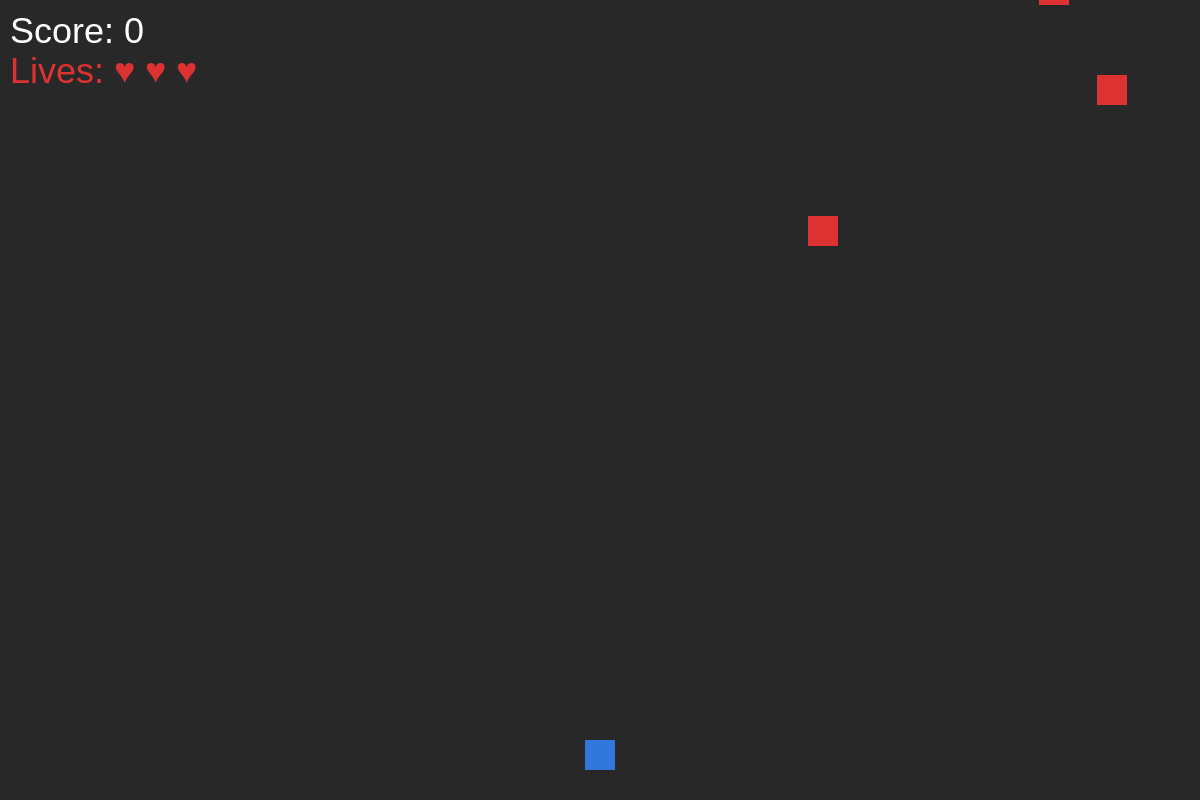
Repository: Magodang/20260181
Script's output: python week5fd/week5.py
These files come from the project's save history. The script's output is drawn as it stood at one moment and after the next save; the edit follows.
The window is shown after at most 60 frames with no key pressed. A system font it names is replaced by a similar one. Random numbers start from a fixed seed.

Above is the script's output before, as saved 2026-03-31 15:06:05.

### week5fd/week5.py
import pygame
import random
import sys

pygame.init()

def get_korean_font(size):
    candidates = ["malgungothic", "applegothic", "nanumgothic", "notosanscjk"]
    for name in candidates:
        font = pygame.font.SysFont(name, size)
        if font.get_ascent() > 0:
            return font
    return pygame.font.SysFont(None, size)

WIDTH, HEIGHT = 1200, 800
FPS = 60

WHITE  = (255, 255, 255)
BLUE   = (50, 120, 220)
RED    = (220, 50, 50)
GREEN  = (0, 200, 0)
GRAY   = (40, 40, 40)

screen = pygame.display.set_mode((WIDTH, HEIGHT))
pygame.display.set_caption("Dodger")
clock = pygame.time.Clock()
font = get_korean_font(36)
font_big = get_korean_font(72)

PLAYER_W, PLAYER_H = 30, 30
ENEMY_W,  ENEMY_H  = 30, 30

MIN_SPEED = 5
MAX_SPEED = 8

def get_spawn_delay(score):
    if score >= 300:
        return 10
    elif score >= 120:
        return 15
    else:
        return 20


def spawn_enemy(score):
    rand = random.random()

    # ===== 확률 설정 =====
    if score >= 200:
        fast_prob = 0.10
        big_prob = 0.06
    else:
        fast_prob = 0.05
        big_prob = 0.03

    # ===== 좌우 등장 (300점 이상, 5%) =====
    if score >= 300 and rand < 0.05:
        side = random.choice(["left", "right"])
        y = random.randint(0, HEIGHT - ENEMY_H)

        if side == "left":
            rect = pygame.Rect(-ENEMY_W, y, ENEMY_W, ENEMY_H)
            speed = random.randint(MIN_SPEED, MAX_SPEED)
            direction = "horizontal_right"
        else:
            rect = pygame.Rect(WIDTH, y, ENEMY_W, ENEMY_H)
            speed = random.randint(MIN_SPEED, MAX_SPEED)
            direction = "horizontal_left"

        return rect, speed, "side", direction

    # ===== 회복 박스 =====
    elif score >= 120 and rand < 0.08:
        w, h = ENEMY_W, ENEMY_H
        speed = random.randint(MIN_SPEED, MAX_SPEED)
        return pygame.Rect(random.randint(0, WIDTH - w), -h, w, h), speed, "heal", "down"

    # ===== 가로 긴 박스 =====
    elif score >= 200 and rand < 0.13:
        w = ENEMY_W * 4
        h = ENEMY_H
        speed = int(random.randint(MIN_SPEED, MAX_SPEED) * 0.5)
        return pygame.Rect(random.randint(0, WIDTH - w), -h, w, h), speed, "wide", "down"

    # ===== 빠른 작은 박스 =====
    elif score >= 120 and rand < 0.13 + fast_prob:
        w = int(ENEMY_W * 0.7)
        h = int(ENEMY_H * 0.7)
        speed = int(random.randint(MIN_SPEED, MAX_SPEED) * 1.5)
        return pygame.Rect(random.randint(0, WIDTH - w), -h, w, h), speed, "fast", "down"

    # ===== 큰 박스 =====
    elif score >= 50 and rand < 0.13 + fast_prob + big_prob:
        w = ENEMY_W * 4
        h = ENEMY_H * 4
        speed = int(random.randint(MIN_SPEED, MAX_SPEED) * 0.5)
        return pygame.Rect(random.randint(0, WIDTH - w), -h, w, h), speed, "big", "down"

    # ===== 기본 =====
    else:
        w, h = ENEMY_W, ENEMY_H
        speed = random.randint(MIN_SPEED, MAX_SPEED)
        return pygame.Rect(random.randint(0, WIDTH - w), -h, w, h), speed, "normal", "down"


# ===== HUD (원래 형태 복구) =====
def draw_hud(score, lives):
    screen.blit(font.render(f"Score: {score}", True, WHITE), (10, 10))
    screen.blit(font.render(f"Lives: {'♥ ' * lives}", True, RED), (10, 50))


def game_over_screen(score):
    screen.fill(GRAY)
    screen.blit(font_big.render("GAME OVER", True, RED), (220, 220))
    screen.blit(font.render(f"Score: {score}", True, WHITE), (350, 310))
    screen.blit(font.render("R: Restart   Q: Quit", True, WHITE), (270, 360))
    pygame.display.flip()
    while True:
        for e in pygame.event.get():
            if e.type == pygame.QUIT:
                pygame.quit(); sys.exit()
            if e.type == pygame.KEYDOWN:
                if e.key == pygame.K_r: return True
                if e.key == pygame.K_q: pygame.quit(); sys.exit()


def main():
    player = pygame.Rect(WIDTH // 2 - PLAYER_W // 2, HEIGHT - 60, PLAYER_W, PLAYER_H)
    enemies = []
    score = 0
    lives = 3
    spawn_timer = 0
    invincible = 0

    while True:
        clock.tick(FPS)

        for e in pygame.event.get():
            if e.type == pygame.QUIT:
                pygame.quit(); sys.exit()

        keys = pygame.key.get_pressed()
        if keys[pygame.K_LEFT]  and player.left  > 0:     player.x -= 5
        if keys[pygame.K_RIGHT] and player.right < WIDTH: player.x += 5
        if keys[pygame.K_UP]    and player.top   > 0:     player.y -= 5
        if keys[pygame.K_DOWN]  and player.bottom < HEIGHT: player.y += 5

        spawn_timer += 1
        if spawn_timer >= get_spawn_delay(score):
            spawn_timer = 0
            enemies.append(list(spawn_enemy(score)))

        survived = []
        for rect, speed, etype, direction in enemies:

            # ===== 이동 처리 =====
            if direction == "down":
                rect.y += speed
            elif direction == "horizontal_right":
                rect.x += speed
            elif direction == "horizontal_left":
                rect.x -= speed

            # ===== 화면 밖 처리 =====
            if rect.top < HEIGHT and rect.right > 0 and rect.left < WIDTH:
                survived.append([rect, speed, etype, direction])
            else:
                if etype == "big":
                    score += 5
                elif etype == "fast":
                    score += 3
                else:
                    score += 1

        enemies = survived

        if invincible > 0:
            invincible -= 1
        else:
            for rect, speed, etype, direction in enemies:
                if player.colliderect(rect):

                    if etype == "heal":
                        lives = min(3, lives + 1)
                    else:
                        lives -= 1
                        invincible = 90
                        enemies.clear()

                    if lives <= 0:
                        if game_over_screen(score):
                            main()
                        return
                    break

        screen.fill(GRAY)

        blink = (invincible // 10) % 2 == 0
        if blink:
            pygame.draw.rect(screen, BLUE, player)

        for rect, speed, etype, direction in enemies:
            if etype == "heal":
                pygame.draw.rect(screen, GREEN, rect)
            else:
                pygame.draw.rect(screen, RED, rect)

        draw_hud(score, lives)
        pygame.display.flip()

main()

After the next save:
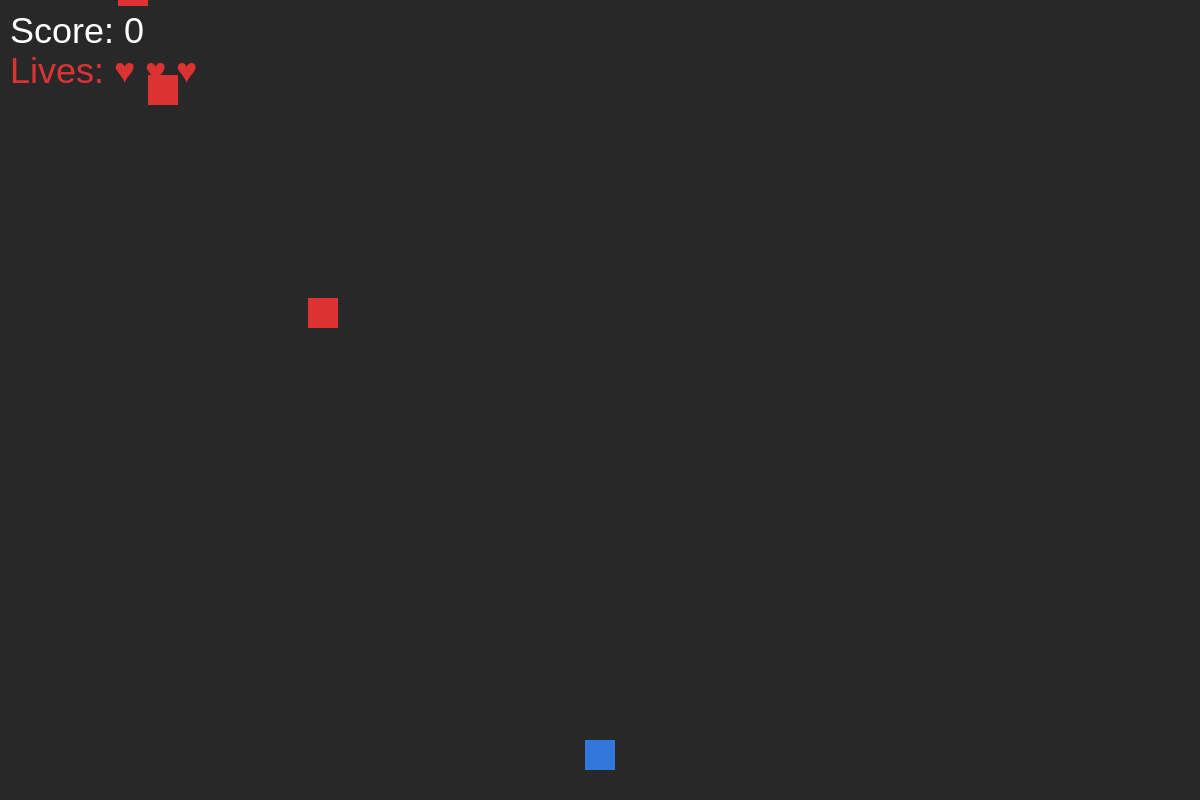
Saved 7 min 26 s later.
--- a/week5fd/week5.py
+++ b/week5fd/week5.py
@@ -34,7 +34,9 @@ MIN_SPEED = 5
 MAX_SPEED = 8
 
 def get_spawn_delay(score):
-    if score >= 300:
+    if score >= 1000:
+        return 8
+    elif score >= 300:
         return 10
     elif score >= 120:
         return 15
@@ -46,15 +48,28 @@ def spawn_enemy(score):
     rand = random.random()
 
     # ===== 확률 설정 =====
-    if score >= 200:
+    if score >= 1000:
+        fast_prob = 0.13
+        big_prob = 0.08
+        wide_prob = 0.09
+    elif score >= 200:
         fast_prob = 0.10
         big_prob = 0.06
+        wide_prob = 0.05
     else:
         fast_prob = 0.05
         big_prob = 0.03
-
-    # ===== 좌우 등장 (300점 이상, 5%) =====
-    if score >= 300 and rand < 0.05:
+        wide_prob = 0.0
+
+    # ===== 초대형 박스 =====
+    if score >= 1000 and rand < 0.02:
+        w = ENEMY_W * 8
+        h = ENEMY_H * 8
+        speed = int(random.randint(MIN_SPEED, MAX_SPEED) * 0.3)
+        return pygame.Rect(random.randint(0, WIDTH - w), -h, w, h), speed, "giant", "down"
+
+    # ===== 좌우 등장 =====
+    elif score >= 300 and rand < 0.07:
         side = random.choice(["left", "right"])
         y = random.randint(0, HEIGHT - ENEMY_H)
 
@@ -69,28 +84,26 @@ def spawn_enemy(score):
 
         return rect, speed, "side", direction
 
-    # ===== 회복 박스 =====
-    elif score >= 120 and rand < 0.08:
-        w, h = ENEMY_W, ENEMY_H
-        speed = random.randint(MIN_SPEED, MAX_SPEED)
-        return pygame.Rect(random.randint(0, WIDTH - w), -h, w, h), speed, "heal", "down"
-
-    # ===== 가로 긴 박스 =====
-    elif score >= 200 and rand < 0.13:
+    # ===== 회복 =====
+    elif score >= 120 and rand < 0.10:
+        return pygame.Rect(random.randint(0, WIDTH - ENEMY_W), -ENEMY_H, ENEMY_W, ENEMY_H), random.randint(MIN_SPEED, MAX_SPEED), "heal", "down"
+
+    # ===== 와이드 =====
+    elif score >= 200 and rand < 0.10 + wide_prob:
         w = ENEMY_W * 4
         h = ENEMY_H
         speed = int(random.randint(MIN_SPEED, MAX_SPEED) * 0.5)
         return pygame.Rect(random.randint(0, WIDTH - w), -h, w, h), speed, "wide", "down"
 
-    # ===== 빠른 작은 박스 =====
-    elif score >= 120 and rand < 0.13 + fast_prob:
+    # ===== 빠른 =====
+    elif score >= 120 and rand < 0.10 + wide_prob + fast_prob:
         w = int(ENEMY_W * 0.7)
         h = int(ENEMY_H * 0.7)
         speed = int(random.randint(MIN_SPEED, MAX_SPEED) * 1.5)
         return pygame.Rect(random.randint(0, WIDTH - w), -h, w, h), speed, "fast", "down"
 
-    # ===== 큰 박스 =====
-    elif score >= 50 and rand < 0.13 + fast_prob + big_prob:
+    # ===== 큰 =====
+    elif score >= 50 and rand < 0.10 + wide_prob + fast_prob + big_prob:
         w = ENEMY_W * 4
         h = ENEMY_H * 4
         speed = int(random.randint(MIN_SPEED, MAX_SPEED) * 0.5)
@@ -98,12 +111,9 @@ def spawn_enemy(score):
 
     # ===== 기본 =====
     else:
-        w, h = ENEMY_W, ENEMY_H
-        speed = random.randint(MIN_SPEED, MAX_SPEED)
-        return pygame.Rect(random.randint(0, WIDTH - w), -h, w, h), speed, "normal", "down"
-
-
-# ===== HUD (원래 형태 복구) =====
+        return pygame.Rect(random.randint(0, WIDTH - ENEMY_W), -ENEMY_H, ENEMY_W, ENEMY_H), random.randint(MIN_SPEED, MAX_SPEED), "normal", "down"
+
+
 def draw_hud(score, lives):
     screen.blit(font.render(f"Score: {score}", True, WHITE), (10, 10))
     screen.blit(font.render(f"Lives: {'♥ ' * lives}", True, RED), (10, 50))
@@ -153,7 +163,6 @@ def main():
         survived = []
         for rect, speed, etype, direction in enemies:
 
-            # ===== 이동 처리 =====
             if direction == "down":
                 rect.y += speed
             elif direction == "horizontal_right":
@@ -161,7 +170,6 @@ def main():
             elif direction == "horizontal_left":
                 rect.x -= speed
 
-            # ===== 화면 밖 처리 =====
             if rect.top < HEIGHT and rect.right > 0 and rect.left < WIDTH:
                 survived.append([rect, speed, etype, direction])
             else:
@@ -169,6 +177,10 @@ def main():
                     score += 5
                 elif etype == "fast":
                     score += 3
+                elif etype == "wide":
+                    score += 3
+                elif etype == "giant":
+                    score += 10
                 else:
                     score += 1
 
@@ -181,7 +193,10 @@ def main():
                 if player.colliderect(rect):
 
                     if etype == "heal":
-                        lives = min(3, lives + 1)
+                        if lives < 3:
+                            lives += 1
+                        else:
+                            score += 10
                     else:
                         lives -= 1
                         invincible = 90
